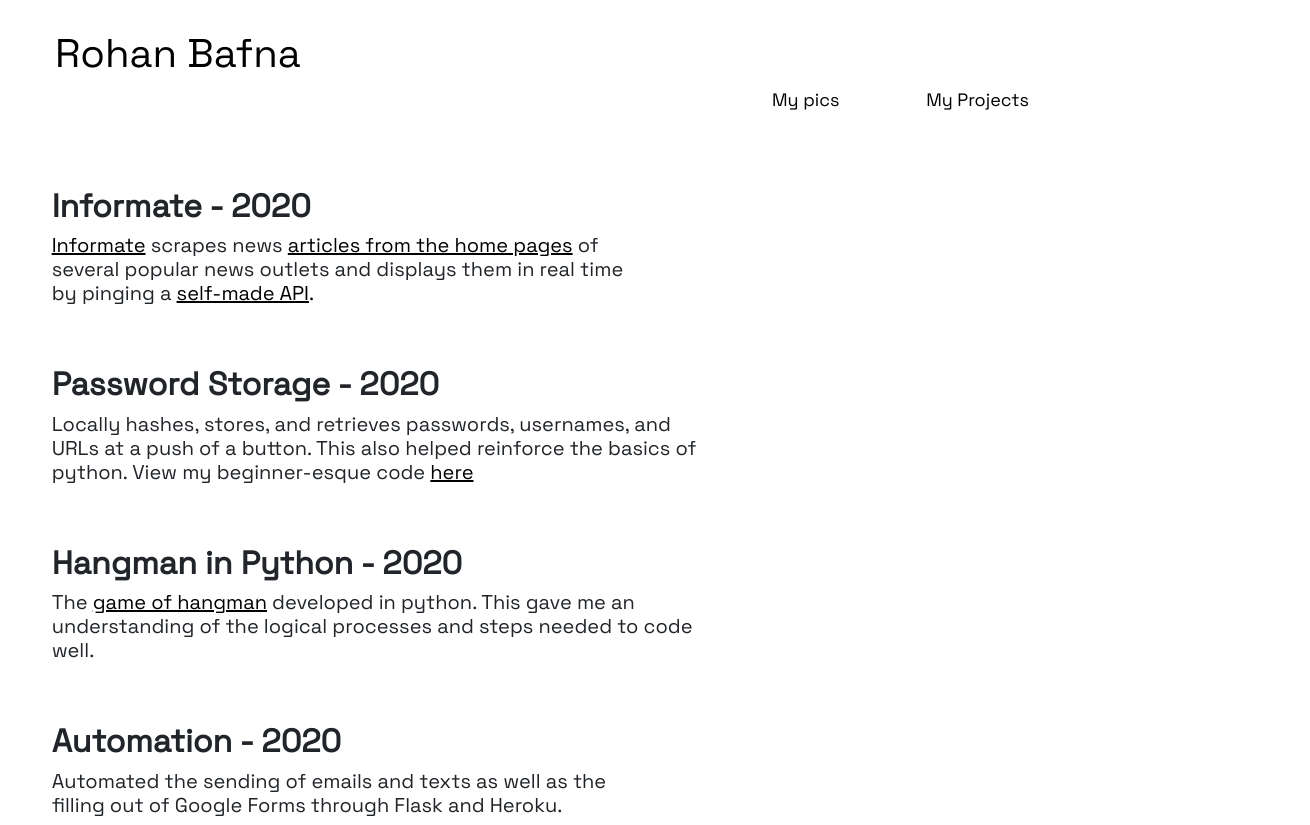
Repository: rbafna6507/rbafna6507.github.io
Page: actualprojects.html
The author's editor kept a copy of each file at every save. The page is drawn from the files as they stood at one save, then again after the next save.
The browser window is 1280 px wide. The page is 1310 px wide, so the pictures cover 1310 px, including what lies to the right of the window. The pictures show the whole page.

Above is the page before, as saved 2020-12-20 20:37:58.

### actualprojects.html
<!DOCTYPE HTML>
<html>
<head>
    <link rel="shortcut icon" type="image/png" href="circular actual atom logo.png"/>
    <title>my projects</title>
    <link href= "projects.css" type= "text/css" rel= "stylesheet">
    <link rel="preconnect" href="https://fonts.gstatic.com">
    <script src="https://cdn.jsdelivr.net/npm/bootstrap@5.0.0-beta1/dist/js/bootstrap.bundle.min.js" integrity="sha384-ygbV9kiqUc6oa4msXn9868pTtWMgiQaeYH7/t7LECLbyPA2x65Kgf80OJFdroafW" crossorigin="anonymous"></script>
    <link href="https://cdn.jsdelivr.net/npm/bootstrap@5.0.0-beta1/dist/css/bootstrap.min.css" rel="stylesheet" integrity="sha384-giJF6kkoqNQ00vy+HMDP7azOuL0xtbfIcaT9wjKHr8RbDVddVHyTfAAsrekwKmP1" crossorigin="anonymous">
<link href="https://fonts.googleapis.com/css2?family=Space+Grotesk:wght@300;400&display=swap" rel="stylesheet">
</head>
<body>
    <div id= "navbar">
        <header class= "header">
            <div id="hi">
              <a href= "index.html"><h1>Rohan Bafna</h1></a>
            </div>
            <div class= "leftsidelist">
                <ul>
                    <a href= "pics.html"><li class= "about">My pics</li></a>
                    <a href= "actualprojects.html"><li class= "projects">My Projects</li></a>
                </ul>
            </div>
        </header>


    </div>
    <div class="row justify-content-around">
        <div class="col-4">
            <div id = "informate" class = "small">
                <h2><strong>Informate - 2020</strong></h2>
                <h5><a href = "https://newsaggregator-frontend.vercel.app"><u>Informate</u></a> scrapes news <a href = "https://github.com/rbafna6507/newsaggregator_scraper"><u>articles from the home pages</u></a> of <br>several popular news outlets and displays them in real time <br>by pinging a <a href = "https://github.com/rbafna6507/newsaggregator_backend"><u>self-made API</u>.</a></h5>
            </div>
            <br><br><br>
            <div id = "password" class = "small">
                <h2><strong>Password Storage - 2020</strong></h2>
                <h5>Locally hashes, stores, and retrieves passwords, usernames, and <br>URLs at a push of a button. This also helped reinforce the basics of<br>python. View my beginner-esque code <a href = "https://github.com/rbafna6507/passwordstorageproject"><u>here</u></a></h5>
            </div>
            <br><br><br>
            <div id = "hangman" class = "small">
                <h2><strong>Hangman in Python - 2020</strong></h2>
                <h5>The <a href = "https://github.com/rbafna6507/hangmanpython"><u>game of hangman</u></a> developed in python. This gave me an <br>understanding of the logical processes and steps needed to code <br>well.</h5>
            </div>
            <br><br><br>
            <div id = "automation" class = "small">
                <h2><strong>Automation - 2020</strong></h2>
                <h5>Automated the sending of emails and texts as well as the <br>filling out of Google Forms through Flask and Heroku.</h5>
            </div>
        </div>
        <div class="col-4">
            <img id = "informate_img" class = "imgs" style = "visibility: hidden;" onmouseover="document.getElementById('informate').style.visibility = 'visible';" src = "informate_pic.png">
            <img id = "hangman_img" class = "imgs" src = "hangman_pic.png">
            <img id = "password_img" class = "imgs" src = "password_pic.png">
        </div>
      </div>
</body>
</html>

### projects.css
* {box-sizing:border-box}

* {font-family: 'Space Grotesk', sans-serif;}

body{
  max-height:1000px;
  max-width:1400px
}

div{
  display: inline-block;
}

li{
  display: inline;
  list-style-type: none;
  text-align: left;
  padding-left: 30px;
  font-size: 18px;
  font-weight: 36px;
  width: 150px;
  display: inline-block;
  position: relative;
}

ul{
  display: inline;
  padding: 0;
  text-align: center;
  position: relative;
}

.header {
  font-family: 'Space Grotesk', sans-serif;
  position: relative;
  left: 10px;
  top: 30px;
}

.leftsidelist {
  position: relative;
  margin-left: 680px;
}

#logo {
    display: inline-block;
    width: 40px;
    height: 40px;
    position: relative;
    top: 70px;
    bottom: 400px;
  }

  h1 {

    padding-left: 40px;
    font-size: 36px;
    position: relative;
    right: 15px;
}
  #navbar {
    position: relative;
    left: 20px;
  }

  a:link {
    text-decoration: none;
    color: black;
  }

  a:visited {
    text-decoration: none;
    color: black;
  }

  a:hover {
    color: #ce321e!important;
  }

  a:active {
    color: #ce321e!important;
  }

  .col-4 {
    position: relative;
    margin-right:200px;
    top: 100px;
  }

  img{
    width: 620px;
    height: 500px;
  }

  .small{
    padding-left: 3px;
    padding-top:4px;
    margin-left: 40px;
    width: 650px;
  }

  .imgs{
    margin-top: 55px;
    margin-left: 20px;
  }

  #hangman_img{
    margin-top: -520px;
    visibility: hidden;
  }

  #password_img{
    margin-top: -520px;
    visibility: hidden;
  }

  /* body:not(.mobile) #informate:hover, #informate_img {
    visibility: visible;
  }
  body:not(.mobile) #hangman:hover, #hangman_img {
    visibility: visible;
}

  body:not(.mobile) #password:hover, #password_img {
    visibility: visible;
} */

  .small{
    background-size: 200% 200%;
    background-image:linear-gradient(to top, #f7f7f7 50%, transparent 50%);
    -webkit-transition: background-position 300ms, color 300ms ease, border-color 300ms ease;
    -moz-transition: background-position 300ms, color 300ms ease, border-color 300ms ease;
    -ms-transition: background-position 300ms, color 300ms ease, border-color 300ms ease;
    -o-transition: background-position 300ms, color 300ms ease, border-color 300ms ease;
    transition: background-position 300ms, color 300ms ease, border-color 300ms ease;
}

  .small:hover {color: black;
background-image:
linear-gradient(to top, #f7f7f7 51%, transparent 50%);
background-position: 0 100%;
-webkit-transition: background-position 300ms, color 300ms ease, border-color 300ms ease;
-moz-transition: background-position 300ms, color 300ms ease, border-color 300ms ease;
-ms-transition: background-position 300ms, color 300ms ease, border-color 300ms ease;
-o-transition: background-position 300ms, color 300ms ease, border-color 300ms ease;
transition: background-position 300ms, color 300ms ease, border-color 300ms ease;
}

After the next save:
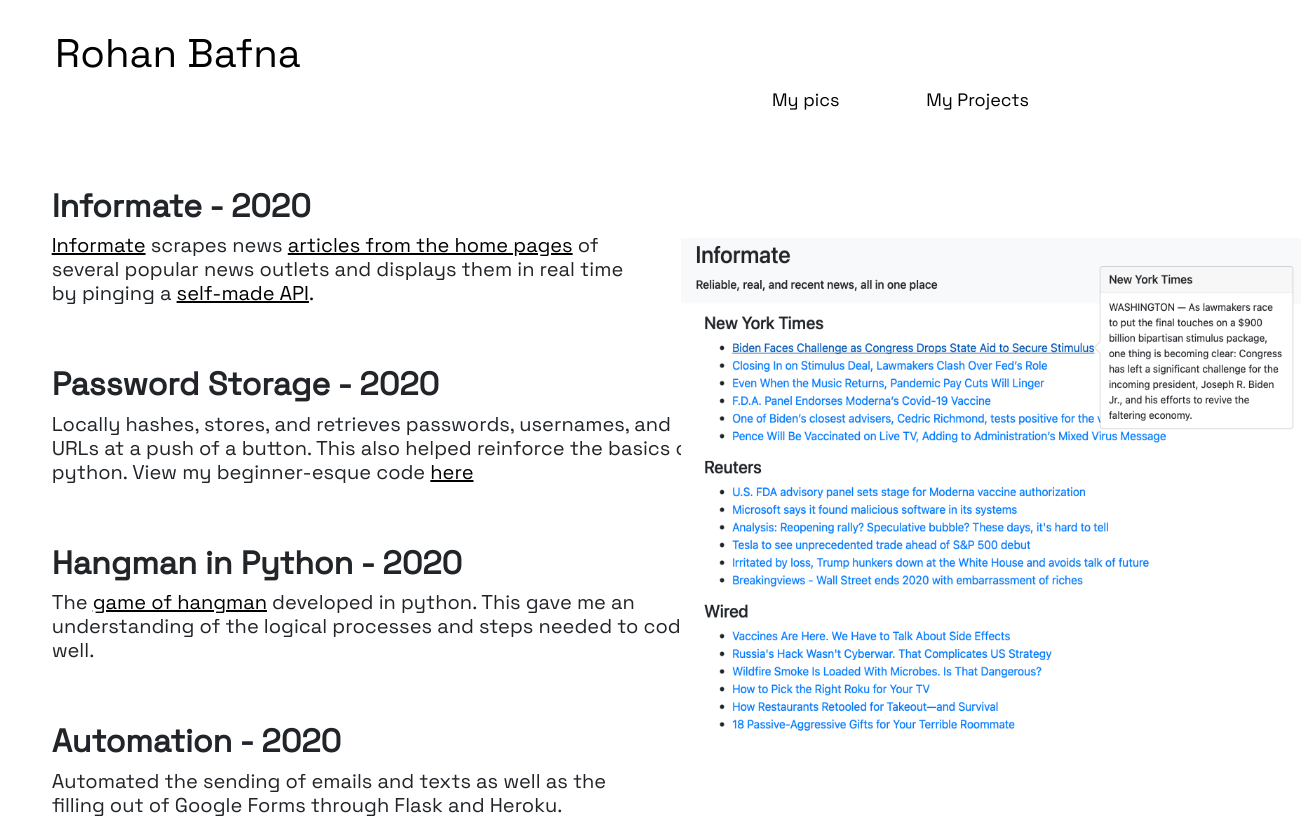
Saved 2 min 48 s later.
--- a/actualprojects.html
+++ b/actualprojects.html
@@ -48,7 +48,7 @@
             </div>
         </div>
         <div class="col-4">
-            <img id = "informate_img" class = "imgs" style = "visibility: hidden;" onmouseover="document.getElementById('informate').style.visibility = 'visible';" src = "informate_pic.png">
+            <img id = "informate_img" class = "imgs" src = "informate_pic.png">
             <img id = "hangman_img" class = "imgs" src = "hangman_pic.png">
             <img id = "password_img" class = "imgs" src = "password_pic.png">
         </div>

After the save that followed:
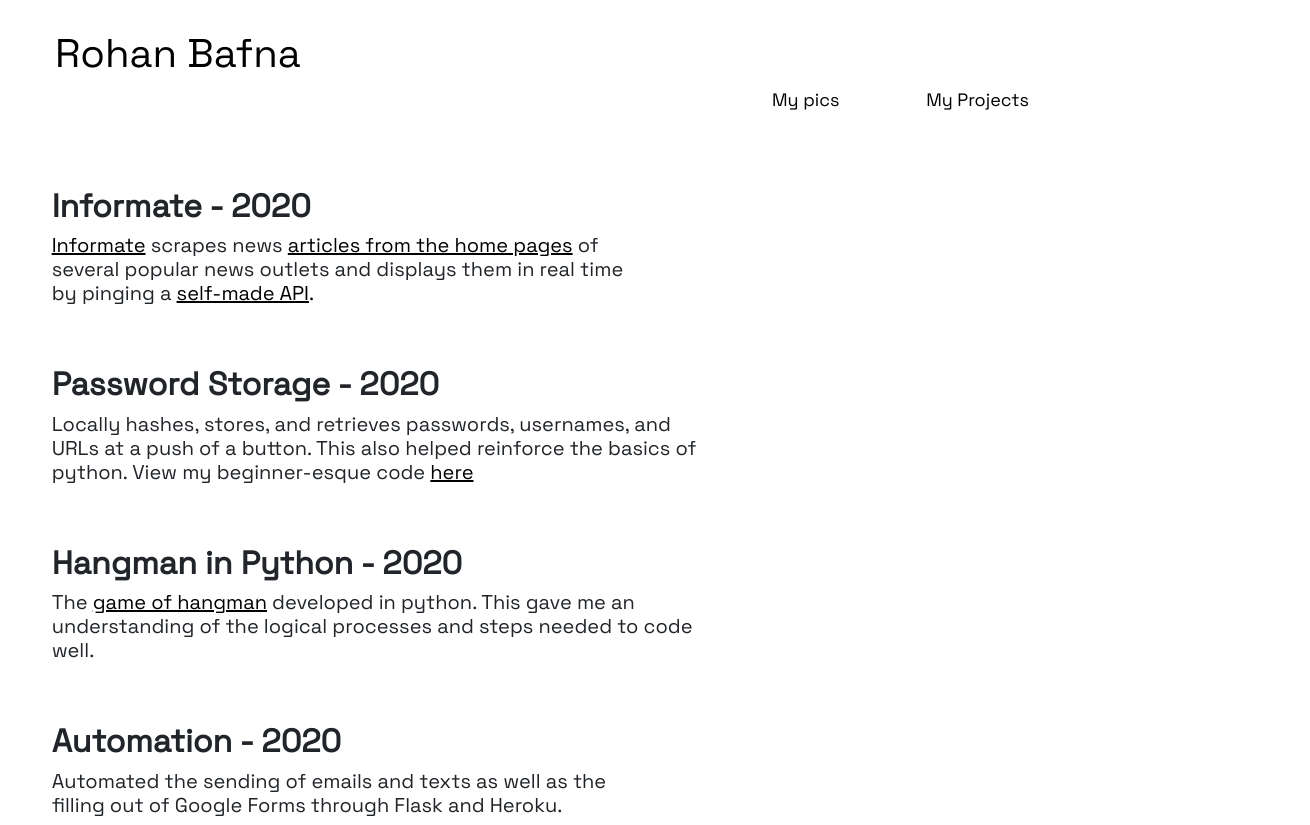
Saved 6 s later.
--- a/projects.css
+++ b/projects.css
@@ -104,6 +104,10 @@ ul{
     margin-left: 20px;
   }
 
+  #informate_img{
+    visibility: hidden;
+  }
+
   #hangman_img{
     margin-top: -520px;
     visibility: hidden;
